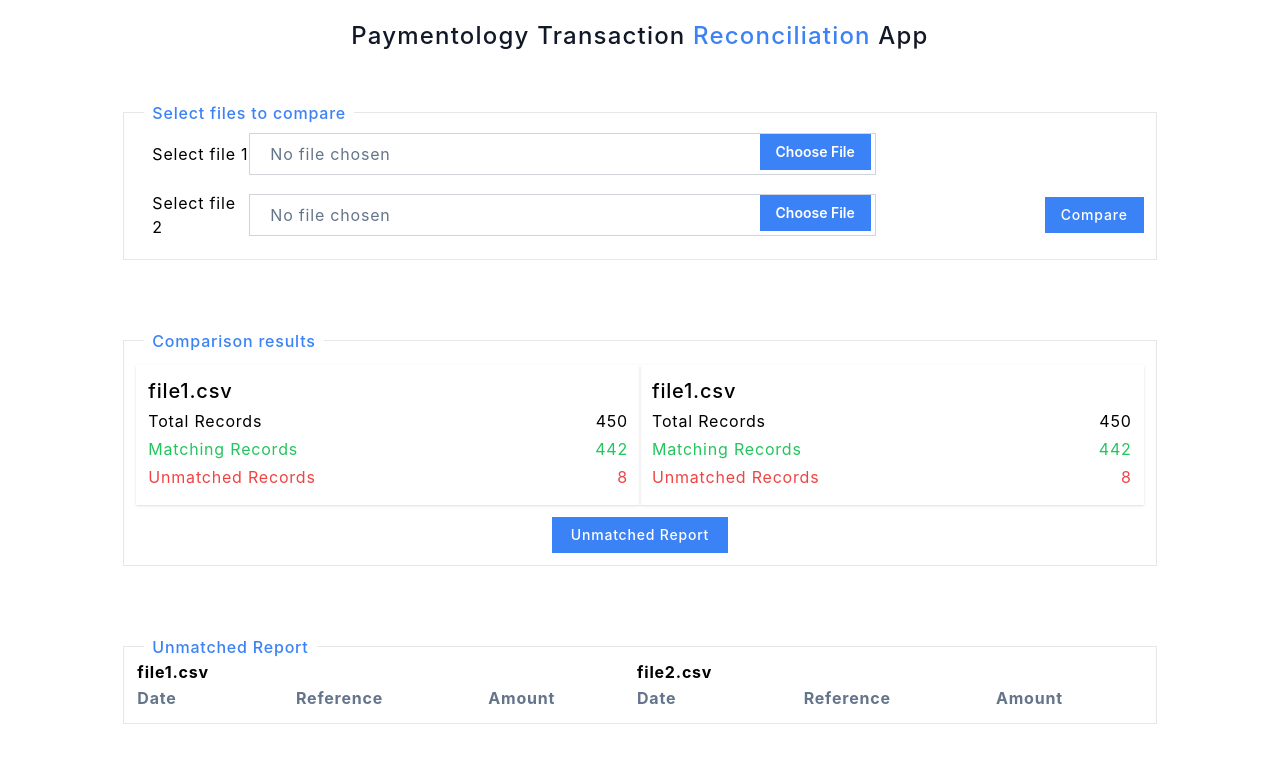
Repository: chionye/paymentology-front
Page: /
The author's editor kept a copy of each file at every save. The page is drawn from the files as they stood at one save, then again after the next save.
The browser window is 1280 px wide. The pictures show the whole page.
The project was rebuilt for these pictures with package versions that can differ from the ones it lists, and the page was loaded fresh each time.

Above is the page before, as saved 2022-03-16 19:17:51.

After the next save:
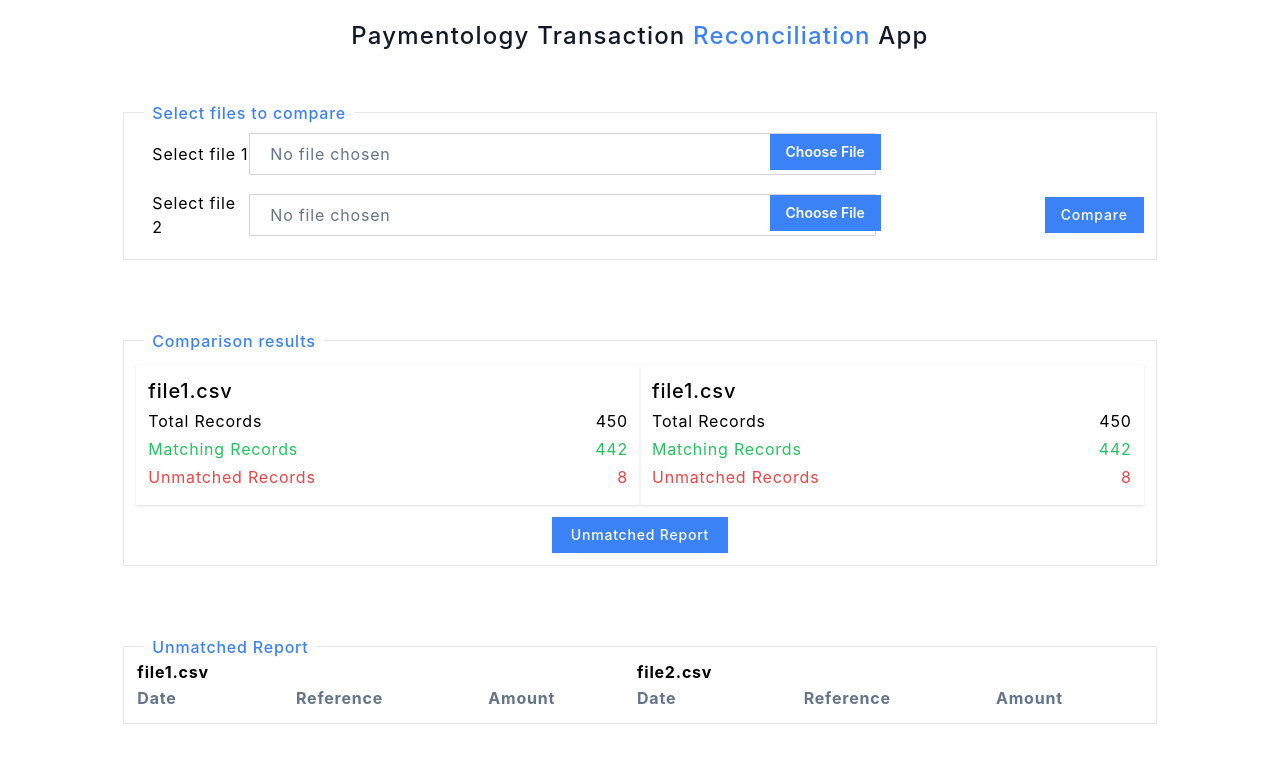
Saved 13 s later.
--- a/src/index.css
+++ b/src/index.css
@@ -16,7 +16,7 @@ body {
 input[type=file]::file-selector-button {
   float: right;
   position: absolute;
-  right:0;
+  right:-10px;
   top:0;
 
 }
